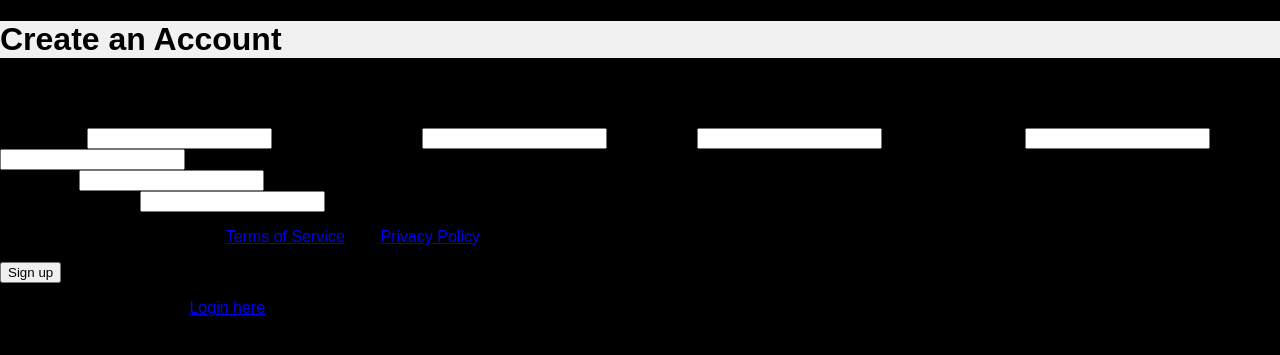
Repository: Lee-Productions-Inc/SNAP_productions
Page: register.html
An editor plug-in stored every save of this project. The page is shown before and after a run of saves, followed by the edit.
The browser window is 1280 px wide. The pictures show the whole page.

Above is the page before, as saved 2026-09-16 18:27:32.

After the next 3 saves:
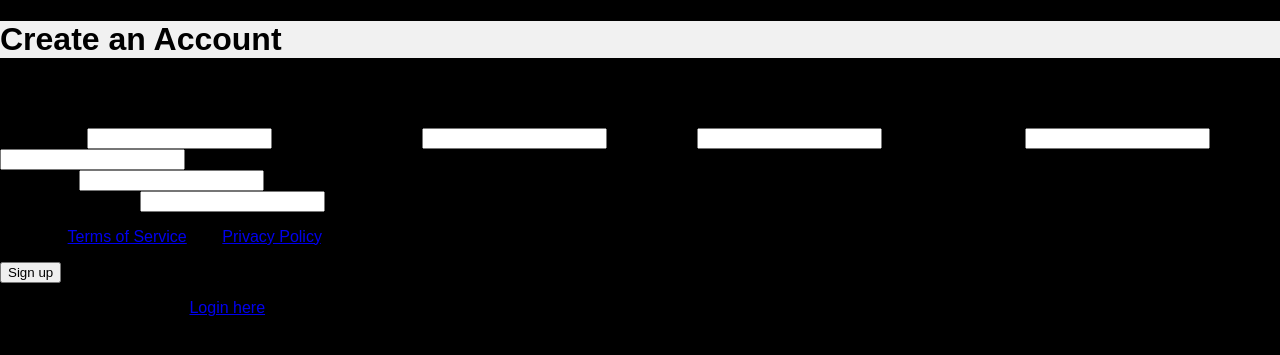
The 3 saves are shown as one change because they came seconds apart.
The last was saved 11 s later.
--- a/register.html
+++ b/register.html
@@ -34,7 +34,7 @@
             <label for="confirm-password">Confirm Password:</label>
             <input type="password" id="confirm-password" name="confirm-password" required>
             <br>
-            <p>By signing up, you agree to our <a href="/terms">Terms of Service</a> and <a href="/privacy">Privacy Policy</a>.</p>
+            <p>I agree to<a href="/terms">Terms of Service</a> and <a href="/privacy">Privacy Policy</a>.</p>
             <button type="submit">Sign up</button>
         </form>
 
